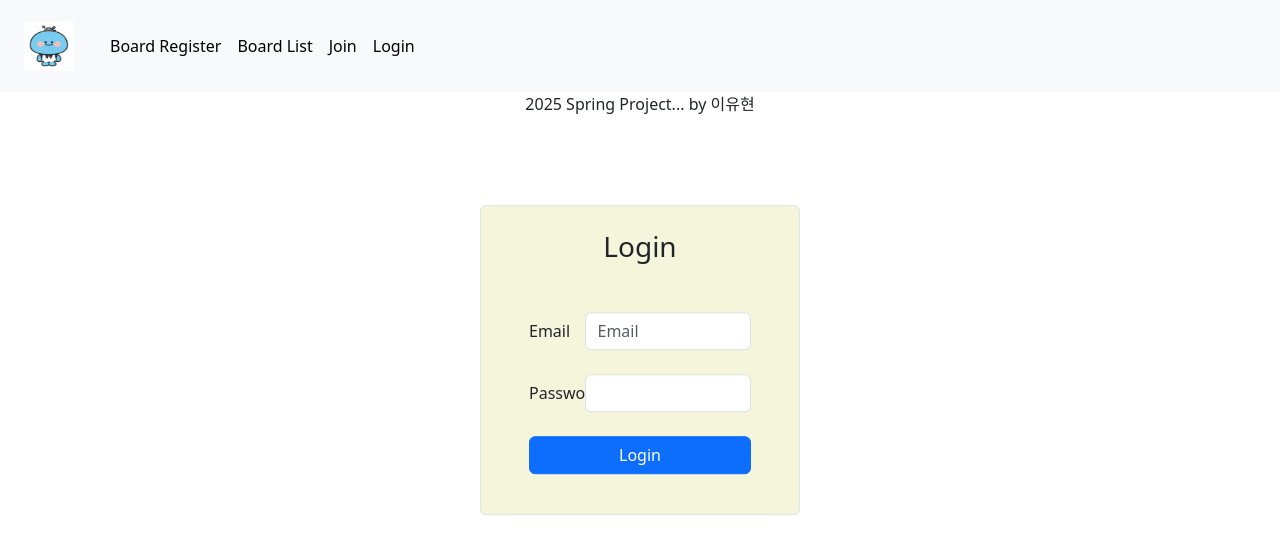
Repository: LeeYouHyeon/6.Spring
Page: http://localhost/spring_project/WEB-INF/views/user/login.jsp
An editor plug-in stored every save of this project. The page is shown before and after the next save, followed by the edit.
The browser window is 1280 px wide. The pictures show the whole page.
The page is served by Tomcat 9. Nobody is signed in. Other server files are loaded and not shown. The template is opened directly, without the code that normally fills it, so the values that code supplies are empty.

Above is the page before, as saved 2025-06-10 05:23:27.

### spring_project/src/main/webapp/WEB-INF/views/user/login.jsp
<%@ page language="java" contentType="text/html; charset=UTF-8" pageEncoding="UTF-8"%>
<%@ include file="../layout/header.jsp"%>
<%@ taglib uri="http://java.sun.com/jsp/jstl/core" prefix="c" %>

<div class="w-25 h-auto px-5 py-4 border rounded position-absolute top-50 start-50 translate-middle"
	style="background-color: beige;">
	<h3 class="text-center mb-5">Login</h3>
	<form action="/user/login" method="post">
		<div class="mb-4 d-flex justify-content-around align-items-center">
			<div class="w-25">Email</div>
			<input type="text"
				class="form-control w-75"
				id="email"
				name="email"
				placeholder="Email"
				required>
		</div>
		<div class="mb-4 d-flex justify-content-around align-items-center">
			<div class="w-25">Password</div>
			<input type="password"
				class="form-control w-75"
				id="pwd"
				name="pwd">
		</div>
		<button type="submit" class="btn btn-primary w-100 mb-3">Login</button>
	</form>
</div>

<%@ include file="../layout/footer.jsp"%>

### spring_project/src/main/webapp/WEB-INF/views/layout/header.jsp
<%@ page language="java" contentType="text/html; charset=UTF-8" pageEncoding="UTF-8"%>
<!DOCTYPE html>
<html>
<head>
<meta charset="UTF-8">
<title>Spring Project</title>
<link rel="stylesheet" href="/resources/dist/css/bootstrap.min.css">
<script type="text/javascript" src="/resources/dist/js/bootstrap.bundle.min.js"></script>
</head>
<body>
	<nav class="navbar navbar-expand-lg bg-body-tertiary">
		<div class="container-fluid">
			<nav class="navbar bg-body-tertiary">
				<div class="container">
					<a class="navbar-brand" href="/">
						<img src="/resources/image/logo.jpg" alt="Bootstrap" width="50" height="50">
					</a>
				</div>
			</nav>
			<button class="navbar-toggler"
				type="button"
				data-bs-toggle="collapse"
				data-bs-target="#navbarSupportedContent"
				aria-controls="navbarSupportedContent"
				aria-expanded="false"
				aria-label="Toggle navigation">
				<span class="navbar-toggler-icon"></span>
			</button>
			<div class="collapse navbar-collapse" id="navbarSupportedContent">
				<ul class="navbar-nav me-auto mb-2 mb-lg-0">
					<li class="nav-item"><a class="nav-link active" aria-current="page" href="/board/register">Board Register</a></li>
					<li class="nav-item"><a class="nav-link active" aria-current="page" href="/board/list">Board List</a></li>
					<li class="nav-item"><a class="nav-link active" aria-current="page" href="/user/register">Join</a></li>
					<li class="nav-item"><a class="nav-link active" aria-current="page" href="/user/login">Login</a></li>
				</ul>
			</div>
		</div>
	</nav>

### spring_project/src/main/webapp/WEB-INF/views/layout/footer.jsp
<%@ page language="java" contentType="text/html; charset=UTF-8"
	pageEncoding="UTF-8"%>

<div class="container-md d-flex justify-content-center">2025 Spring Project... by 이유현</div>
</body>
</html>

Loaded but not shown: spring_project/src/main/webapp/resources/dist/css/bootstrap.min.css (library); spring_project/src/main/webapp/resources/dist/js/bootstrap.bundle.min.js (library)

After the next save:
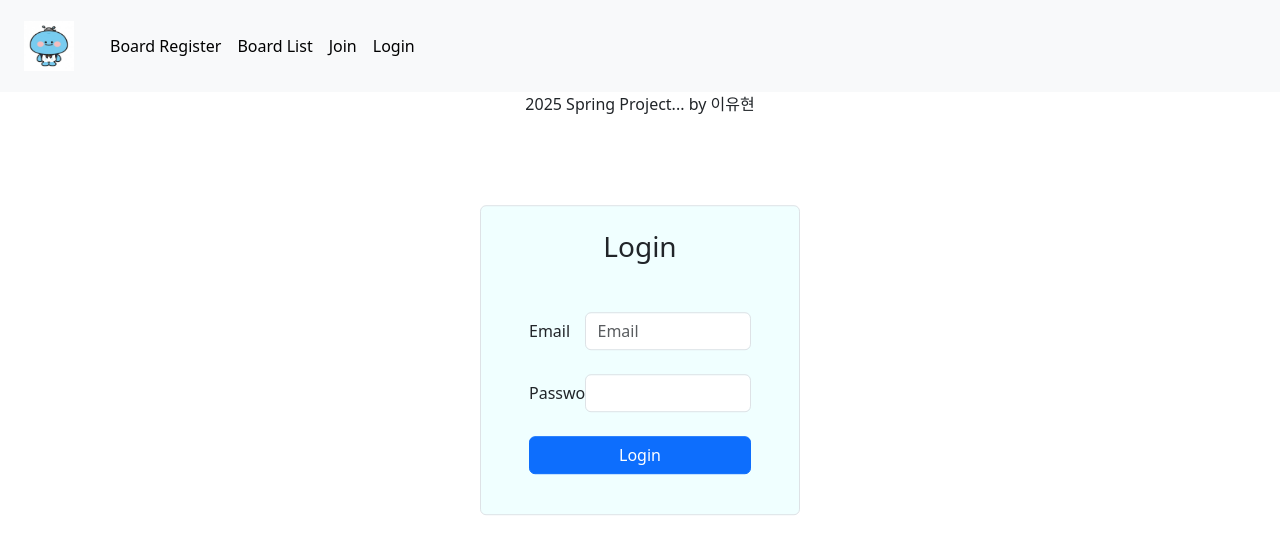
Saved 8 s later.
--- a/spring_project/src/main/webapp/WEB-INF/views/user/login.jsp
+++ b/spring_project/src/main/webapp/WEB-INF/views/user/login.jsp
@@ -3,7 +3,7 @@
 <%@ taglib uri="http://java.sun.com/jsp/jstl/core" prefix="c" %>
 
 <div class="w-25 h-auto px-5 py-4 border rounded position-absolute top-50 start-50 translate-middle"
-	style="background-color: beige;">
+	style="background-color: azure;">
 	<h3 class="text-center mb-5">Login</h3>
 	<form action="/user/login" method="post">
 		<div class="mb-4 d-flex justify-content-around align-items-center">
